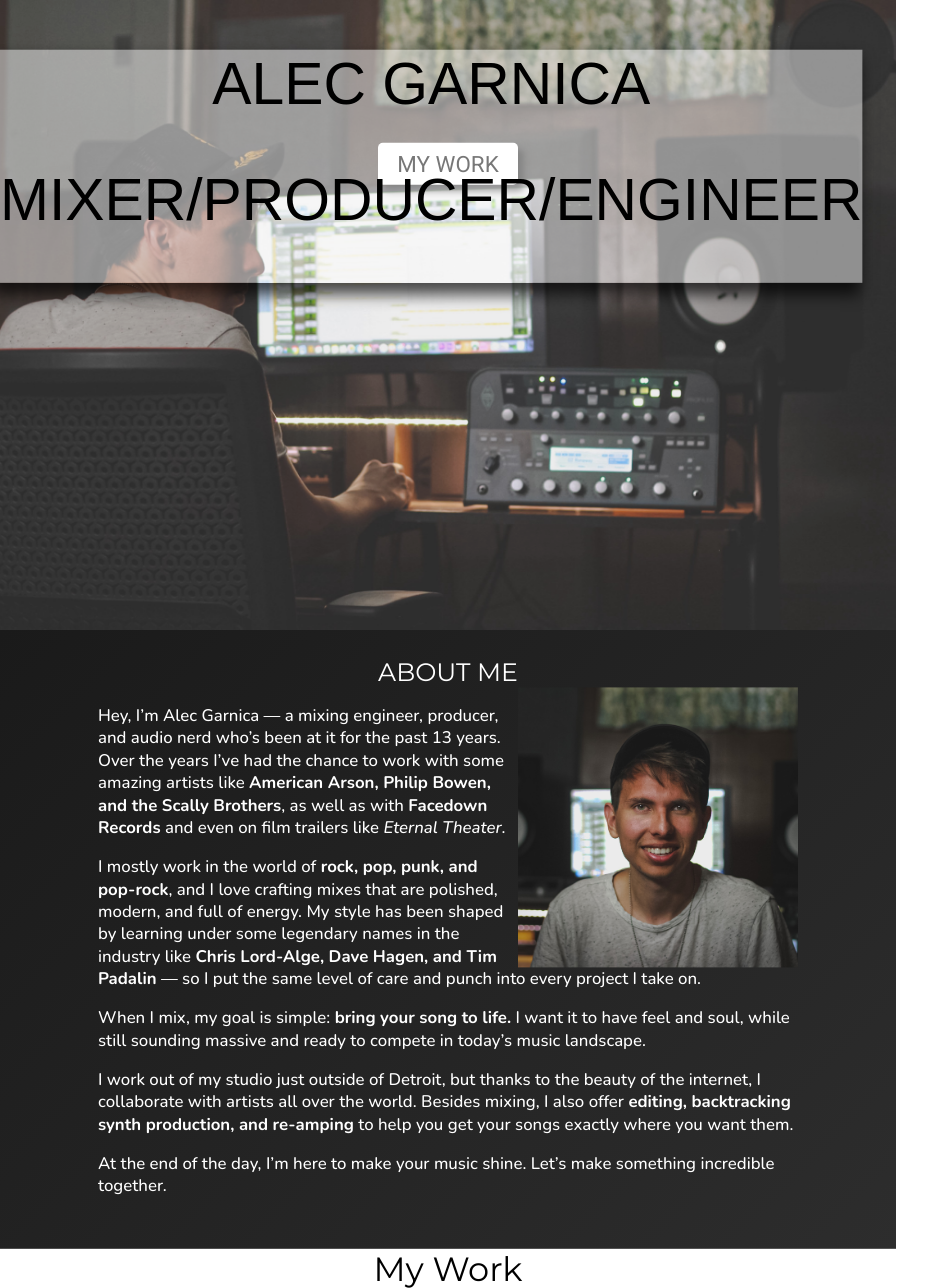
Repository: Aworminator/mixing-portfolio
Page: index.html
The author's editor kept a copy of each file at every save. The page is drawn from the files as they stood at one save, then again after a run of saves.
The browser window is 1280 px wide. The page is 1280 px wide, then 1360 px, so the pictures cover 1360 px, including what lies to the right of the window. The pictures show the part of the page from y = 0 to 1840 px (the page is 6733 px tall), at 70% of full size.
Some web fonts or font styles are not loaded; a fallback is used.

Above is the page before, as saved 2025-09-02 15:03:52.
Console error: ReferenceError: emailjs is not defined

After the next 4 saves:
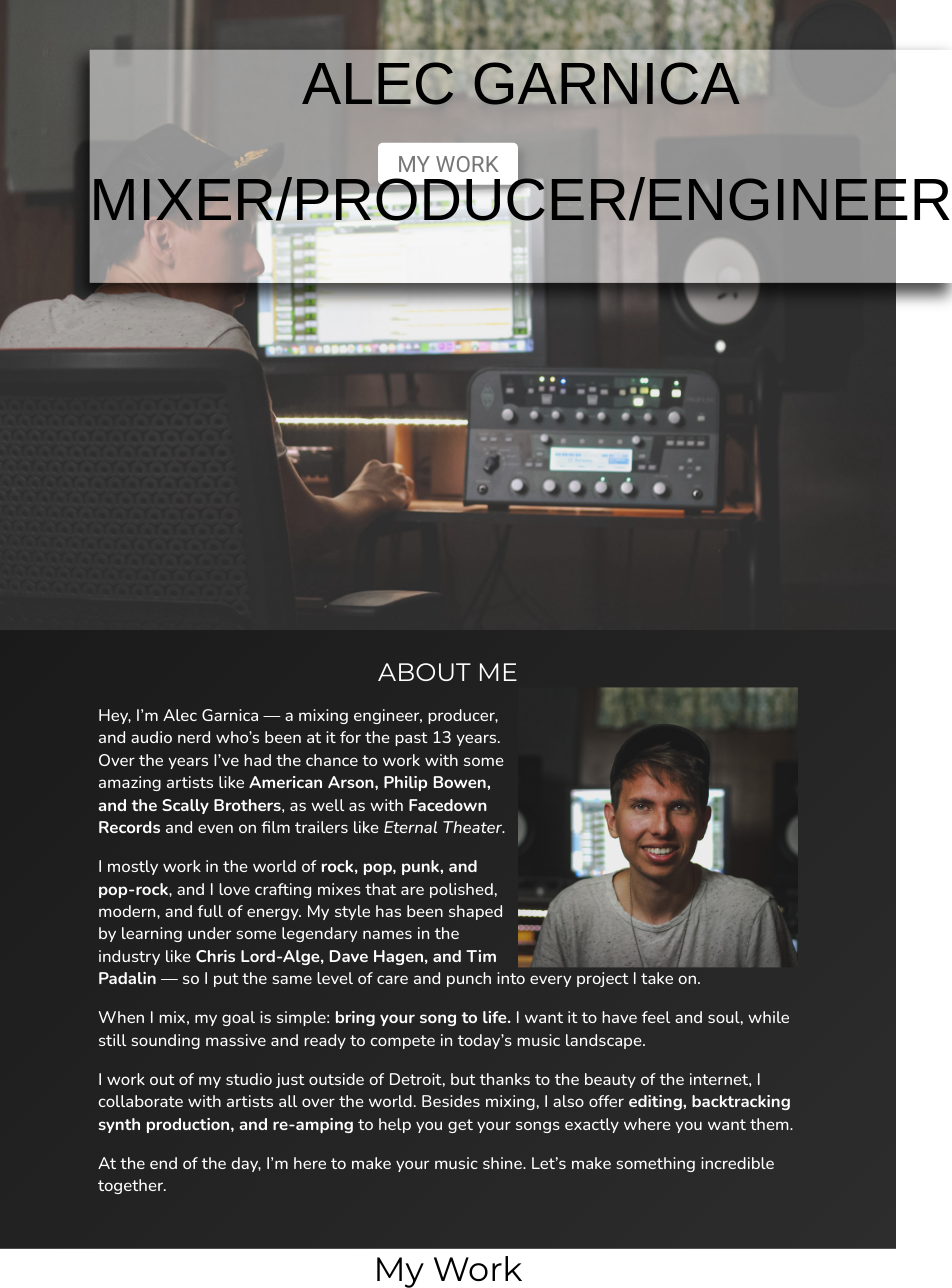
The 4 saves are shown as one change because they came seconds apart.
The last was saved 16 s later.
--- a/styles.css
+++ b/styles.css
@@ -54,6 +54,7 @@ h3 {
 .overlay {
   position: absolute;
   bottom: 500px;
+  left: 10%;
   z-index: 1;
   font-size: 3.5em;
   text-align: center;
